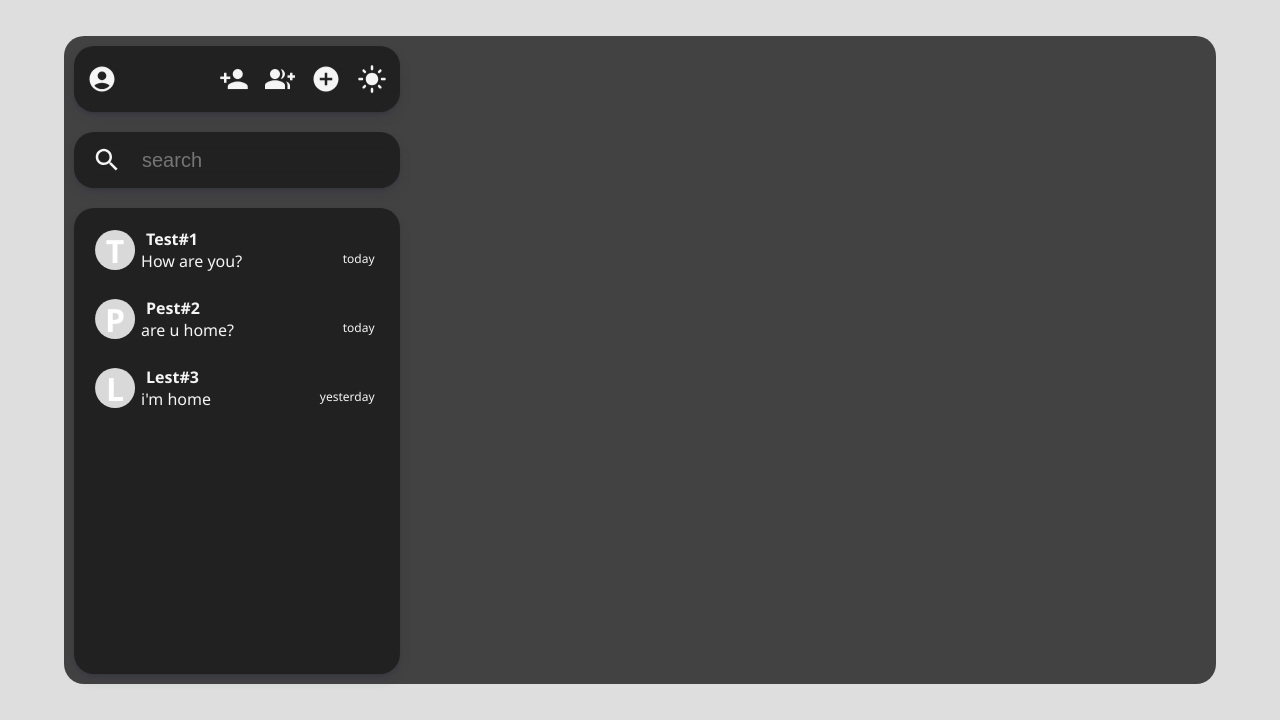
Repository: fatemesoleymanian/chat-app-mern
Page: /inbox (app in Client/)
These files come from the project's save history. The page is drawn as it stood at one moment and after the next save; the edit follows.
The browser window is 1280 px wide. The pictures show the whole page.
The project was rebuilt for these pictures with package versions that can differ from the ones it lists, and the page was loaded fresh each time. Also part of the build but not shown: Client/src/Styles/login.css, Client/src/Pages/Auth/Login.tsx, Client/src/Styles/welcome.css, Client/src/Pages/Welcome.tsx, Client/src/Components/MyMessages.tsx, Client/src/Components/OthersMessages.tsx, Client/src/Components/Layout/ChatBar.tsx, Client/src/Styles/users-groups.css and 3 more.

Above is the page before, as saved 2023-05-30 22:20:12.

After the next save:
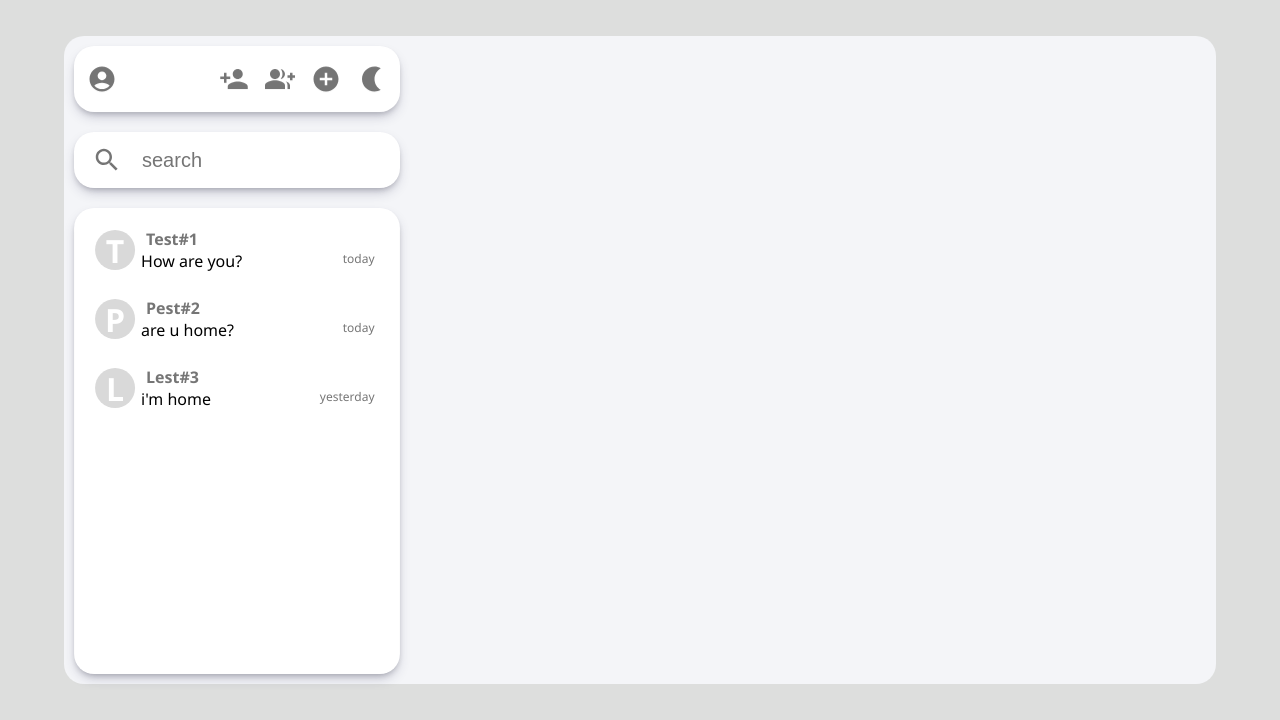
Saved 8 s later.
--- a/Client/src/Feature/themeSlice.js
+++ b/Client/src/Feature/themeSlice.js
@@ -2,7 +2,7 @@
 export const themeSlice = createSlice(
   {
     name: 'themeSlice',
-    initialState: localStorage.getItem('theme') ,
+    initialState: true,
     reducers: {
       toggleTheme: (state) => {
         return (state = !state);
